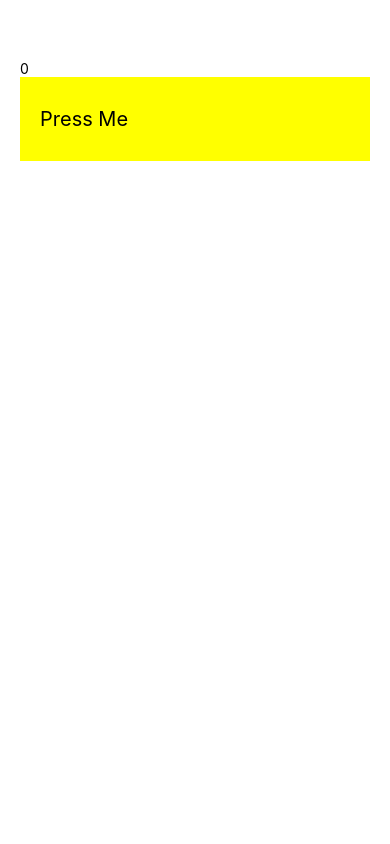
Repository: akinmiday/ReactNativeApp
Screen: /
These files come from the project's save history. The screen is drawn as it stood at one moment and after the next save; the edit follows.
The app was drawn by React Native's web renderer in a window 390 px wide. The project was rebuilt for these pictures with package versions that can differ from the ones it lists, and the page was loaded fresh each time.

Above is the screen before, as saved 2023-08-06 09:29:17.

After the next save:
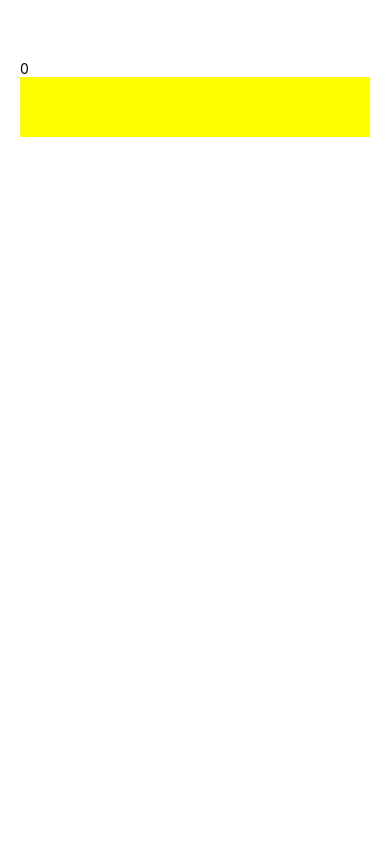
Saved 93 s later.
--- a/App.js
+++ b/App.js
@@ -17,7 +17,11 @@ export default function App() {
         ]}
         onPress={() => setCount(count + 1)}
       >
-        <Text style={text}>Press Me</Text>
+        <Text style={text}>
+          {({ pressed }) => {
+            pressed ? "Pressed" : "Press Me";
+          }}
+        </Text>
       </Pressable>
     </View>
   );
